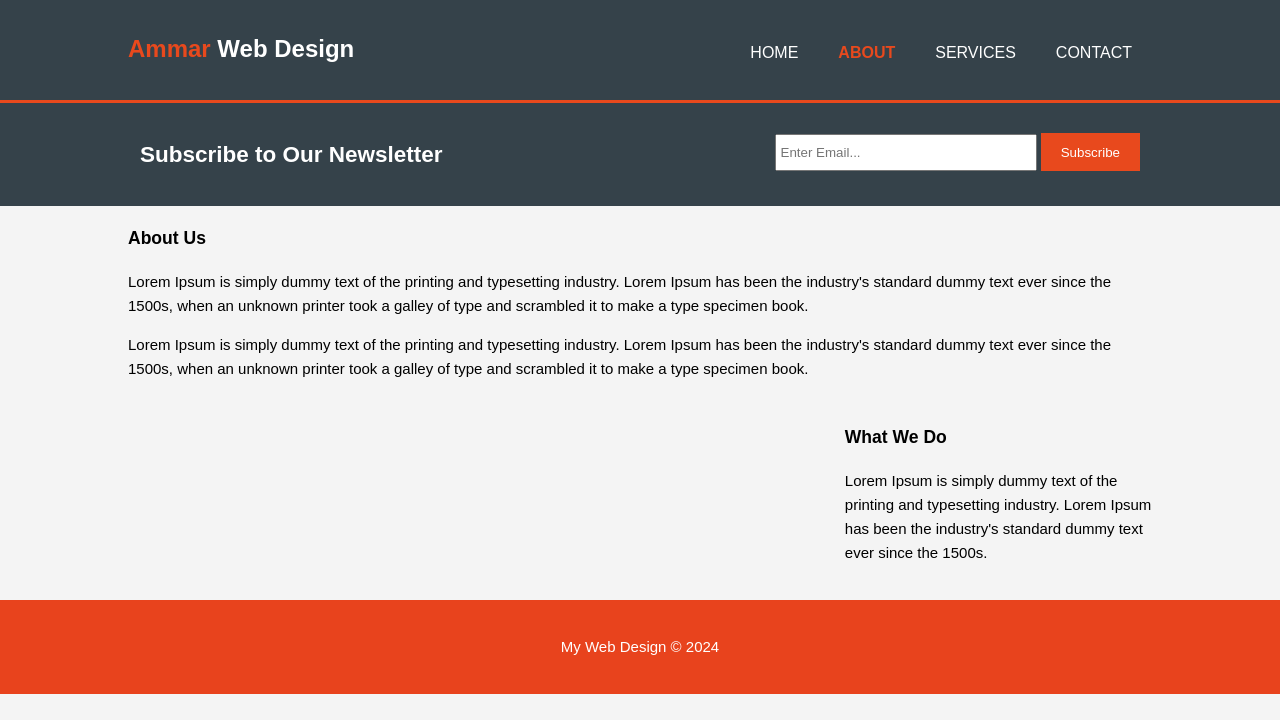
Repository: aobeid1979/html-website
Page: about.html
The author's editor kept a copy of each file at every save. The page is drawn from the files as they stood at one save, then again after a run of saves.
The browser window is 1280 px wide. The pictures show the whole page.

Above is the page before, as saved 2024-05-04 06:09:20.

### about.html
<!DOCTYPE html>
<html lang="en">
<head>
    <meta charset="UTF-8">
    <meta name="viewport" content="width=device-width, initial-scale=1.0">
    <meta name="description" content="Responsive Website using HTML CSS and JavaScript">
    <meta name="keywords" content="HTML, CSS, JavaScript">
    <meta name="author" content="Ammar Obeid">
    <title>Resopnsiv Website | About</title>
    <link rel="stylesheet" href="./css/style.css">
</head>
<body>
    <header>
        <div class="container">
            <div id="brandinig">
                <h1><span class="highlight">Ammar</span> Web Design</h1>

            </div>
            <nav>
                <ul>
                    <li ><a href="index.html">Home</a></li>
                    <li class="current"><a href="about.html">About</a></li>
                    <li><a href="services.html">Services</a></li>
                    <li><a href="contact.html">Contact</a></li>
                </ul>
        </div>

    </header>



    <section id="newsletter">
        <div class="container">
            <h1>Subscribe to Our Newsletter</h1>
            <form>
                <input type="email" placeholder="Enter Email...">
                <button type="submit" class="button_1">Subscribe</button>
            </form>
        </div>
    </section>

    <section id="main">
        <div class="container">
            <article id="main-col">
                <h1 class="page-title">About Us</h1>
                <p>Lorem Ipsum is simply dummy text of the printing and typesetting industry. Lorem Ipsum has been the industry's standard dummy text ever since the 1500s, when an unknown printer took a galley of type and scrambled it to make a type specimen book.</p>
                <p>Lorem Ipsum is simply dummy text of the printing and typesetting industry. Lorem Ipsum has been the industry's standard dummy text ever since the 1500s, when an unknown printer took a galley of type and scrambled it to make a type specimen book.</p>
            </article>

            <aside id="sidebar">
                <div class="dark">
                    <h3>What We Do</h3>
                    <p>Lorem Ipsum is simply dummy text of the printing and typesetting industry. Lorem Ipsum has been the industry's standard dummy text ever since the 1500s.</p>
                </div>
            </aside>
        </div>
    </section>

    <footer>
        <p>My Web Design &copy; 2024</p>
    </footer>

</body>
</html>

### css/style.css
body{
    font: 15px/1.6 Arial, Helvetica,sans-serif;
    padding: 0;
    margin: 0;
    background-color: #f4f4f4;
}

.container{
    width: 80%;
    margin: auto;
    overflow: hidden;
}

header{
    background: #35424a;
    color: #ffffff;
    padding-top: 30px;
    min-height: 70px;
    border-bottom: #e8491d 3px solid;
}

header h1{
    margin: 0;
    padding: 0;
    font-size: 24px;
    font-weight: bold;
}

header a{
    color: #ffffff;
    text-decoration: none;
    text-transform: uppercase;
    font-size: 16px;
}

header ul{
    margin: 0;
    padding: 0;
}

header li{
    float: left;
    display: inline;
    padding: 0 20px 0 20px;
}

header #brandinig{
    float: left;
}

header #brandinig h1{
    margin: 0;
}

header nav{
    float: right;
    margin-top: 10px;
}

header .highlight, header .current a {
    color: #e8491d;
    font-weight: bold;
}

header a:hover{
    color: #cccccc;
    font-weight: bold;
}

#showcase{
    background:url('../img/showcase.jpg') no-repeat center center;
    background-position: center -400;
    background-size: cover;
    min-height: 400px;
    text-align: center;
    color: #1b1a20;
}

#showcase h1{
    margin-top: 100px;
    font-size: 55px;
    margin-bottom: 10px;
    -webkit-text-stroke: 1px #e8491d;
}

#showcase p{
    font-size: 30px;
    -webkit-text-fill-color: blue;

}

#showcase p:hover{
    -webkit-text-stroke: 1px #e8491d;
}

#newsletter{
    padding: 15px;
    color: #ffffff;
    background: #35424a;
    text-align: center;
}

#newsletter h1{
    float: left;
}

#newsletter form{
    float: right;
    margin-top: 15px;
}

#newsletter input[type="email"]{
    padding: 4px;
    height: 25px;
    width: 250px;
}

#newsletter button{
    height: 38px;
    background: #e8491d;
    color: #ffffff;
    border: none;
    padding: 0 20px 0 20px;
}

#newsletter button:hover{
    background: #cccccc;
    color: #1b1a20;
}

#boxes{
    margin-top: 20px;
}

#boxes .box{
    float: left;
    text-align: center;
    width: 30%;
    padding: 10px;
}


#boxes .box img{
    width: 90px;
}

footer{
    background-color: #e8431d;
    color: #ffffff;
    text-align: center;
    padding: 20px;
    margin-top: 20px;
}

aside#sidebar{
    float: right;
    width: 30%;
    margin-top: 10px;
}

After the next 6 saves:
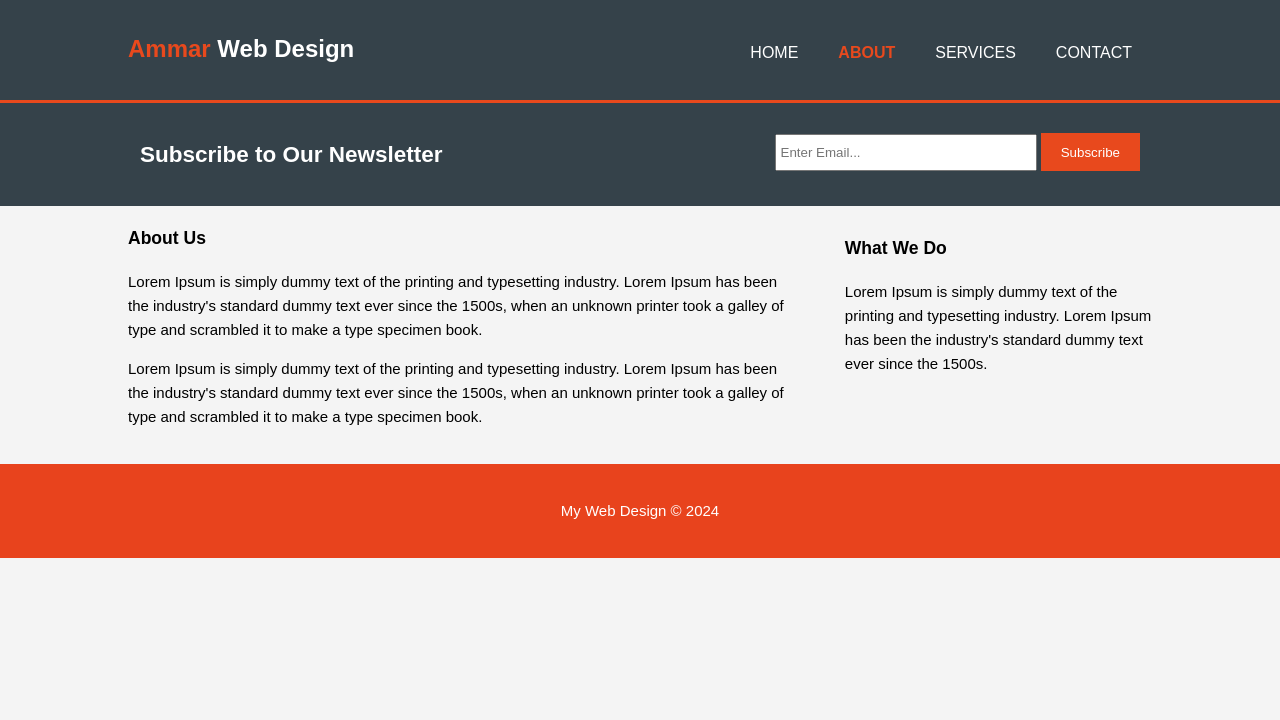
The 6 saves are shown as one change because they came seconds apart.
The last was saved 18 s later.
--- a/css/style.css
+++ b/css/style.css
@@ -157,3 +157,8 @@
     width: 30%;
     margin-top: 10px;
 }
+
+article#main-col{
+    float: left;
+    width: 65%;
+}
